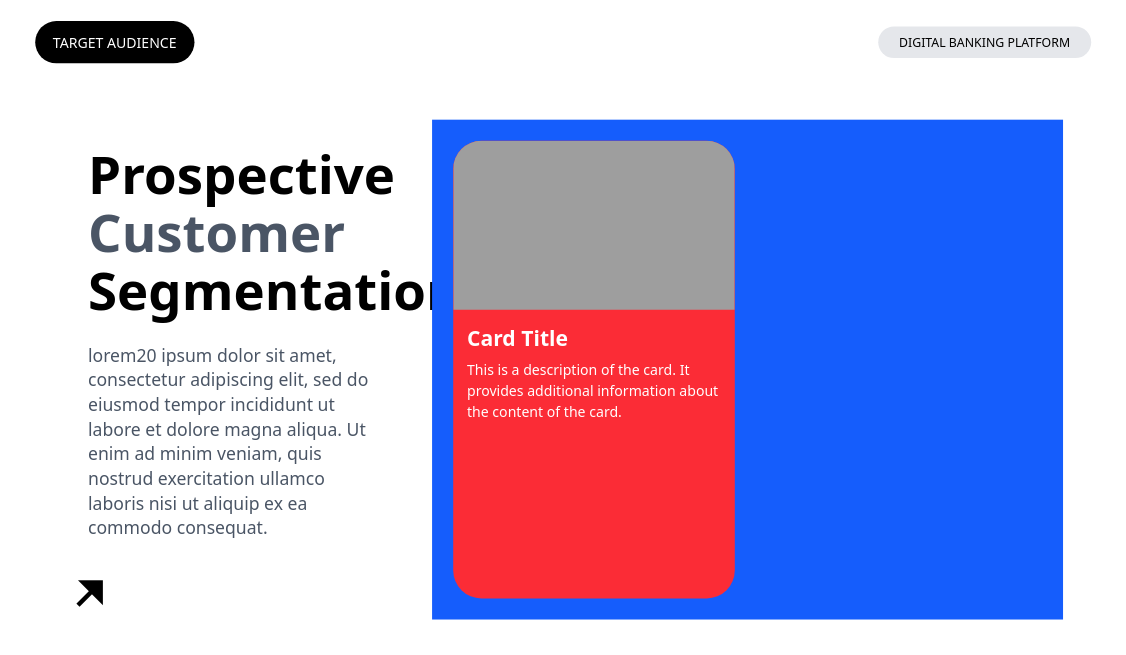
Repository: Mohitkumar1322/ReactTut
Page: / (app in projectSher1/)
An editor plug-in stored every save of this project. The page is shown before and after a run of saves, followed by the edit.
The browser window is 1280 px wide. The pictures show the whole page, at 88% of full size.
Pictures or frames that could not be fetched are drawn as grey boxes. The project was rebuilt for these pictures with package versions that can differ from the ones it lists, and the page was loaded fresh each time. Also part of the build but not shown: projectSher1/vite.config.js.

Above is the page before, as saved 2025-11-16 15:58:10.

After the next 2 saves:
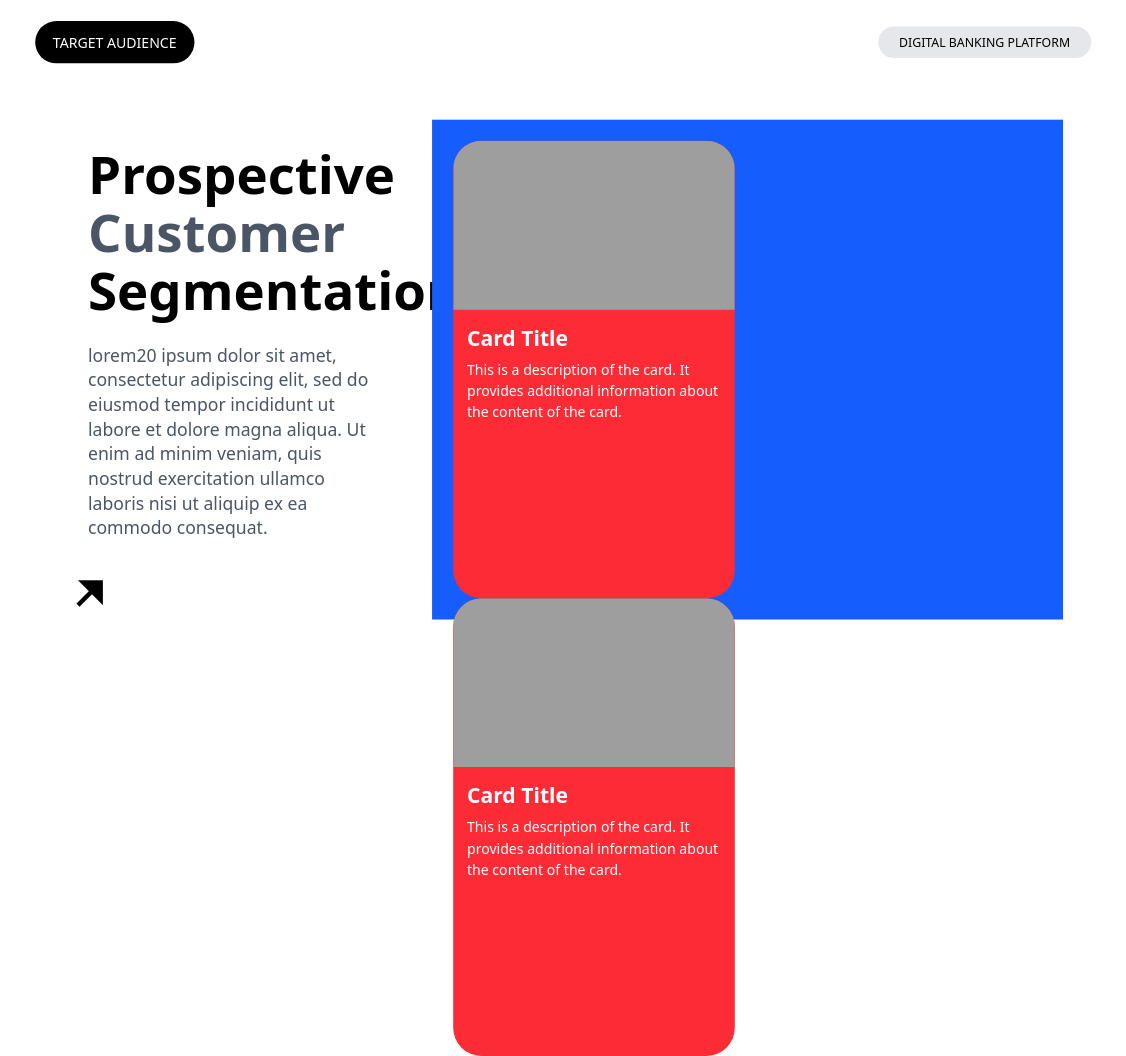
The 2 saves are shown as one change because they came seconds apart.
The last was saved 44 s later.
--- a/projectSher1/src/components/Section1/RightContent.jsx
+++ b/projectSher1/src/components/Section1/RightContent.jsx
@@ -6,6 +6,7 @@ const RightContent = () => {
   return (
     <div className='h-full p-6 w-2/3 bg-blue-600'>
       <RightCard />
+      <RightCard />
     </div>
   )
 }
